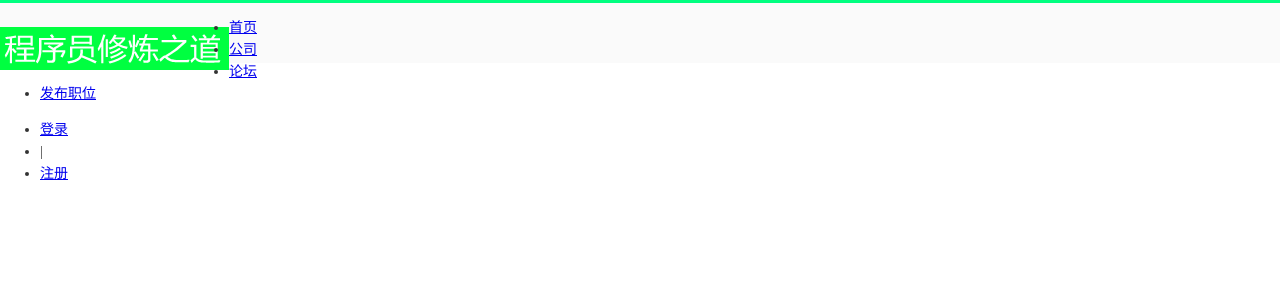
Repository: honglei92/javaweb_EE
Page: http://localhost/apple/
An editor plug-in stored every save of this project. The page is shown before and after the next save, followed by the edit.
The browser window is 1280 px wide. The pictures show the whole page.
The page is served by Tomcat 9.

Above is the page before, as saved 2013-09-01 11:11:39.

### apple/WebContent/index.html
<!DOCTYPE html PUBLIC "-//W3C//DTD HTML 4.01 Transitional//EN" "http://www.w3.org/TR/html4/loose.dtd">
<html xmlns:wb=“http://open.weibo.com/wb”>
<head>
<link rel="Shortcut Icon" href="images/favicon.ico">
<link rel="stylesheet" type="text/css" href="css/style.css">
<meta http-equiv="Content-Type" content="text/html; charset=UTF-8">
<title>&nbsp;王宏雷&nbsp;-&nbsp;致力成为注重实效的程序员</title>
<script src="http://tjs.sjs.sinajs.cn/open/api/js/wb.js" type="text/javascript" charset="utf-8"></script>
</head>
<body>
	<div id="body">
		<div id="header">
			<div class="wrapper">
				<a href="/" class="logo"> <img src="iamges/logo.png" width="229"
					height="43">
				</a>

				<ul class="reset" id="navheader">
				<li class="current"><a href="/">首页</a></li>
				<li><a href="/c/companylist.html">公司</a></li>
				<li><a href="/forum/list.html">论坛</a></li>
				<li><a href="/jobs/add.html">发布职位</a></li>
				</ul>

				<ul class="loginTop">
				<li><a href="/login.html" rel="nofollow">登录</a></li>
				<li>|</li>
				<li><a href="/register.html" rel="nofollow">注册</a></li>
				</ul>

				<wb:follow-button uid="1801806580" type="red_1" width="67" height="24" id="wbfocus"></wb:follow-button>
				<script type="text/javascript">

				</script>
			</div>
		</div>

		<div id="container"></div>
		<div id="footer"></div>
	</div>
</body>
</html>

### apple/WebContent/css/style.css
@charset="utf-8";
html,body{
	height:100%;
}

body{
	margin: 0;
	padding: 0;
	font: 14px/22px "微软雅黑","宋体","Arail";
	color: #333;
}

#header{
	height: 60px;
	background:#fafafa;
	border-top:3px solid #01FF80;
}

.logo{
	float: left;
	margin:10px 0 0 0 ;
}

After the next save:
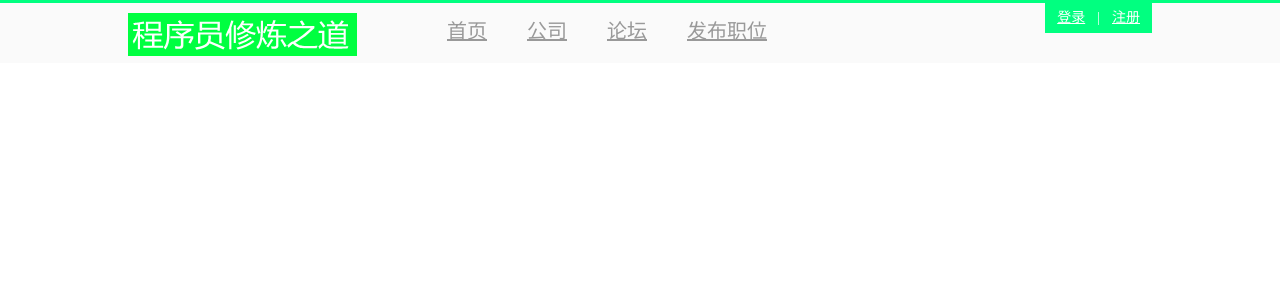
Saved 8 s later.
--- a/apple/WebContent/css/style.css
+++ b/apple/WebContent/css/style.css
@@ -1,6 +1,13 @@
 @charset="utf-8";
 html,body{
 	height:100%;
+}
+
+#body{
+	min-height: 100%;
+	height: auto !important;
+	height: 100%;
+	margin: 0 0 -37px;
 }
 
 body{
@@ -16,7 +23,80 @@ body{
 	border-top:3px solid #01FF80;
 }
 
+#header .wrapper{
+	width: 1024px;
+	margin: 0 auto;
+	position:relative;
+	z-index: 10;
+}
+
 .logo{
 	float: left;
 	margin:10px 0 0 0 ;
 }
+
+#navheader{
+	float: left;
+	position: relative;
+	margin-left: 30px;
+	font-size:0;
+}
+
+#navheader li{
+	height: 60px;
+	display: inline-block;
+	*dispaly:inline;
+	*zoom:1;
+	position: relative;
+	z-index: 3;
+	margin: 0;
+	padding: 0 20px;
+}
+
+#navheader li.current{
+	z-index:1;
+}
+
+#navheader li a{
+	height: 57px;
+	line-height: 57px;
+	font-size: 20px;
+	color:#999;
+	float: left;
+}
+
+#navheader li.current.a{
+	color:#333;
+	border-bottom: 3px solid #019875;
+}
+
+#navheader li a:HOVER {
+	color: #333;
+}
+
+#header ul.loginTop{
+	margin: 0;
+	padding: 0;
+	list-style: none;
+	position: absolute;
+	right: 0;
+	top: 0;
+	overflow: hidden;
+}
+
+#header ul.loginTop li{
+	float: left;
+	color: #fff;
+	height: 22px;
+	background: #01FF80;
+	padding: 4px 0;
+}
+
+#header ul.loginTop a{
+	color: #fff;
+	padding: 0 12px;
+}
+
+#header ul.loginTop a:HOVER {
+	color: #cceae3;
+}
